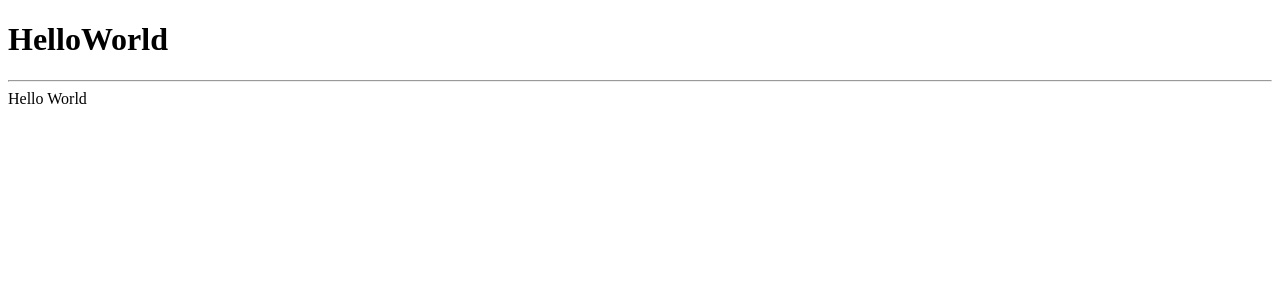
Repository: 13982720426/vue2.0-LearningNotes
Page: example/v-for.html
An editor plug-in stored every save of this project. The page is shown before and after the next save, followed by the edit.
The browser window is 1280 px wide. The pictures show the whole page.

Above is the page before, as saved 2021-06-17 14:46:51.

### example/v-for.html
<!DOCTYPE html>
<html lang="en">
  <head>
    <meta charset="UTF-8" />
    <meta http-equiv="X-UA-Compatible" content="IE=edge" />
    <meta name="viewport" content="width=device-width, initial-scale=1.0" />
    <title>HelloWord</title>
    <script type="text/javascript" src="../assets/js/vue.js"></script>
  </head>
  <body>
    <h1>HelloWorld</h1>
    <hr />
    <div id="app">{{message}}</div>
    <script type="text/javascript">
      var app = new Vue({
        el: '#app',
        data: {
          message: 'Hello World',
        },
      });
    </script>
  </body>
</html>

Loaded but not shown: assets/js/vue.js (library)

After the next save:
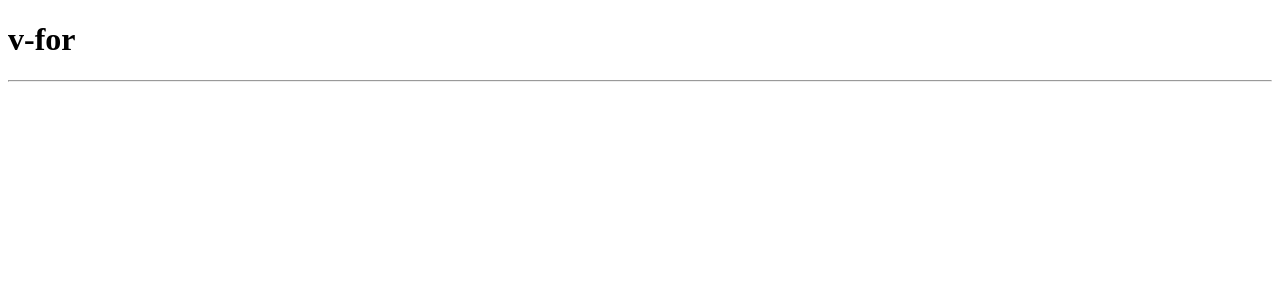
Saved 39 s later.
--- a/example/v-for.html
+++ b/example/v-for.html
@@ -4,13 +4,13 @@
     <meta charset="UTF-8" />
     <meta http-equiv="X-UA-Compatible" content="IE=edge" />
     <meta name="viewport" content="width=device-width, initial-scale=1.0" />
-    <title>HelloWord</title>
+    <title>v-for</title>
     <script type="text/javascript" src="../assets/js/vue.js"></script>
   </head>
   <body>
-    <h1>HelloWorld</h1>
+    <h1>v-for</h1>
     <hr />
-    <div id="app">{{message}}</div>
+    <div id="app"></div>
     <script type="text/javascript">
       var app = new Vue({
         el: '#app',
